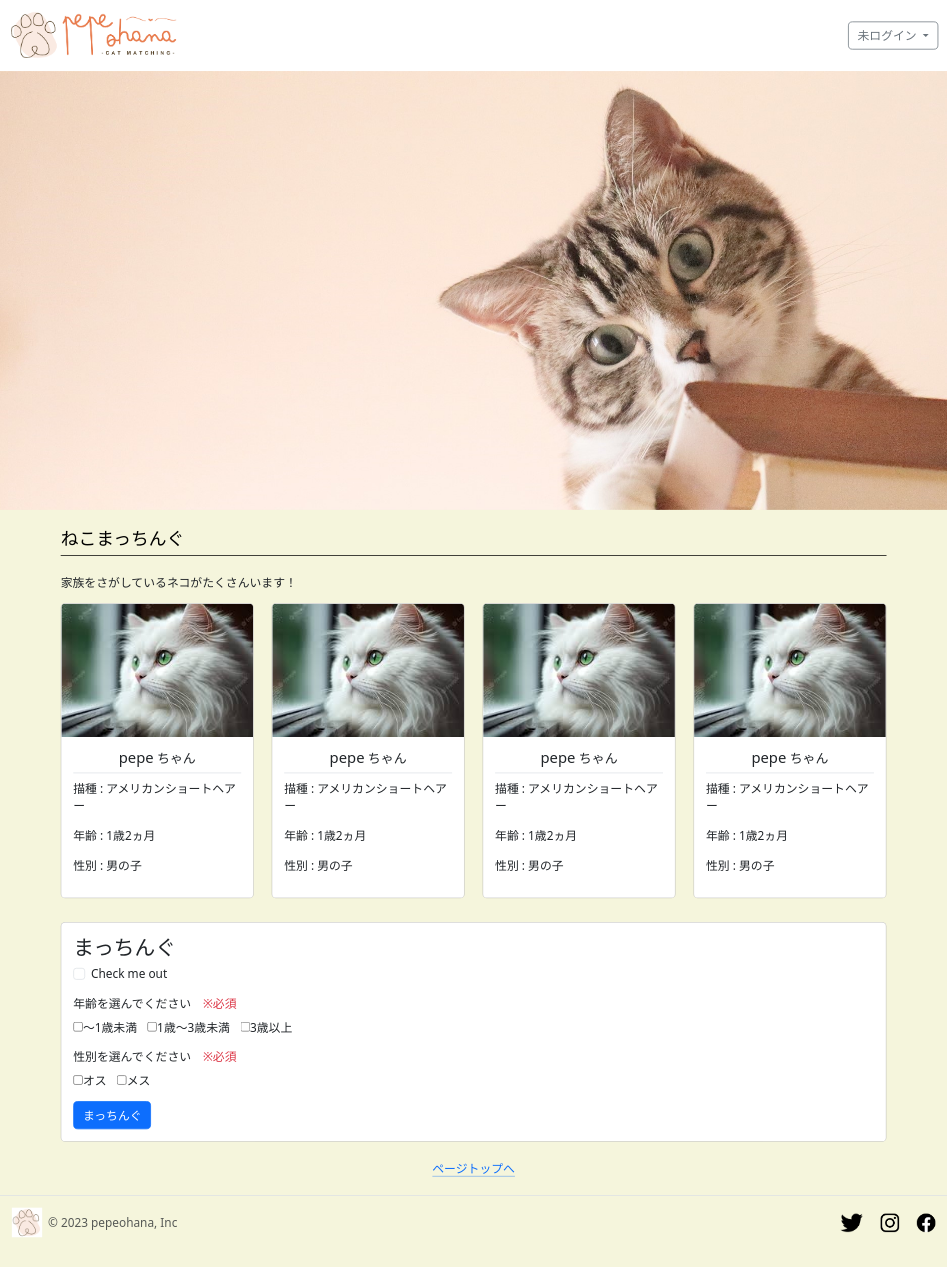
Repository: sakuwell/pepe
Page: http://localhost/PepeOhana/
These files come from the project's save history. The page is drawn as it stood at one moment and after the next save; the edit follows.
The browser window is 1280 px wide. The pictures show the whole page, at 74% of full size.
The page is served by Tomcat 9. Other server files are loaded and not shown.

Above is the page before, as saved 2023-09-06 06:05:17.

### ExWorkSpace/PepeOhana/src/main/webapp/index.jsp
<%@ page language="java" contentType="text/html; charset=UTF-8"
    pageEncoding="UTF-8"%>
<%@ page import="model.UsersInfoDto" %>

<!DOCTYPE html>
<html lang="ja">
<head>
    <meta charset="UTF-8">
    <meta name="viewport" content="width=device-width, initial-scale=1.0">
    <!-- Bootstrap CSS -->
    <link href="https://cdn.jsdelivr.net/npm/bootstrap@5.3.0/dist/css/bootstrap.min.css" rel="stylesheet" integrity="sha384-9ndCyUaIbzAi2FUVXJi0CjmCapSmO7SnpJef0486qhLnuZ2cdeRhO02iuK6FUUVM" crossorigin="anonymous">
    <script src="https://cdn.jsdelivr.net/npm/bootstrap@5.3.0/dist/js/bootstrap.bundle.min.js" integrity="sha384-geWF76RCwLtnZ8qwWowPQNguL3RmwHVBC9FhGdlKrxdiJJigb/j/68SIy3Te4Bkz" crossorigin="anonymous"></script>
    <title>Top | pepeohana</title>
</head>

<%
    // セッションを取得
	UsersInfoDto userInfoOnSession = (UsersInfoDto)session.getAttribute("LOGIN_INFO");
	boolean isLoggedIn = false;
	String userName = "";
	//HttpSession mysession = request.getSession(true);

    // セッションが存在し、username属性もセットされている場合はログイン済み
    if (userInfoOnSession != null) {
		userName = userInfoOnSession.getUserName();
        isLoggedIn = true;
    }
%>

<body  style="background-color:beige;">
	<% if (isLoggedIn) { %>
    <!-- ログイン済ヘッダー -->
    <nav class="navbar navbar-expand-lg navbar-light bg-white">
        <div class="container-fluid">
            <a class="navbar-brand" href="index.jsp">
                <img src="images/pepe_ohana_logo.png" alt="ページロゴ" width="auto" height="70">
            </a>
            <div class="btn-group">
                <button type="button" class="btn btn-secondary dropdown-toggle" data-bs-toggle="dropdown" aria-expanded="false">
                    userName
                </button>
                <ul class="dropdown-menu dropdown-menu-end">
                    <li><a class="dropdown-item" href="<%=request.getContextPath()%>/ExeMyPage">マイページ</a></li>
                    <li><a class="dropdown-item" href="<%=request.getContextPath()%>/ExeLogout">ログアウト</a></li>
                </ul>
            </div>
        </div>
    </nav>
    <!-- ログイン済ヘッダーここまで -->
    <% } else { %>
    <!-- 未ログインヘッダー -->
    <nav class="navbar navbar-expand-lg navbar-light bg-white">
    	<div class="container-fluid">
        	<a class="navbar-brand" href="index.jsp">
          		<img src="images/pepe_ohana_logo.png" alt="ページロゴ" width="auto" height="70">
          	</a>
         	<div class="btn-group">
            	<button type="button" class="btn btn-outline-secondary dropdown-toggle" data-bs-toggle="dropdown" aria-expanded="false">
             		 未ログイン
            	</button>
            	<ul class="dropdown-menu dropdown-menu-end">
              		<li><a class="dropdown-item" href="jsp/Login.jsp">ログイン</a></li>
              		<li><a class="dropdown-item" href="jsp/registUser.jsp">新規ユーザー登録</a></li>
            	</ul>
          	</div>
        </div>
    </nav>
    <!-- 未ログインヘッダーここまで -->
    <% } %>


    <!-- ヒーロー画像 -->
    <img class="img-fluid mb-4" src="images/hero_index.jpg"  alt="index画像" style="max-height:600px; width:100%; object-fit: cover;">

    <!-- ここから下　ページごとの内容 -->
    <div class="container">
        <div class="h4 pb-2 mb-4 text-black border-bottom border-black">
            ねこまっちんぐ
        </div>
            <p>家族をさがしているネコがたくさんいます！</p>
        <!-- 猫カードエリア -->
        <div class="row">
           <!-- カードのコンテンツ1 -->
           <div class="col-6 col-md-4 col-lg-3">
                <div class="card mb-3">
                	<img src="images/cat_2.jpg" style="height:180px; width: 100%; object-fit: cover;" class="card-img-top" alt="猫画像">
                    <div class="card-body">
                        <h5 class="card-title text-center border-bottom pb-2">pepe<small> ちゃん</small></h5>
                        <p class="card-text text-right">描種 : アメリカンショートヘアー</p>
                        <p class="card-text text-right">年齢 : 1歳2ヵ月</p>
                        <p class="card-text text-right">性別 : 男の子</p>
                        <div class="d-flex justify-content-center">
                            <a href="#" class="stretched-link"></a>
                        </div>
                    </div>
                </div>
            </div>
           <!-- カードのコンテンツ2 -->
           <div class="col-6 col-md-4 col-lg-3">
                <div class="card mb-3">
                	<img src="images/cat_2.jpg" style="height:180px; width: 100%; object-fit: cover;" class="card-img-top" alt="猫画像">
                    <div class="card-body">
                        <h5 class="card-title text-center border-bottom pb-2">pepe<small> ちゃん</small></h5>
                        <p class="card-text text-right">描種 : アメリカンショートヘアー</p>
                        <p class="card-text text-right">年齢 : 1歳2ヵ月</p>
                        <p class="card-text text-right">性別 : 男の子</p>
                        <div class="d-flex justify-content-center">
                            <a href="#" class="stretched-link"></a>
                        </div>
                    </div>
                </div>
            </div>
           <!-- カードのコンテンツ3 -->
           <div class="col-6 col-md-4 col-lg-3">
                <div class="card mb-3">
                	<img src="images/cat_2.jpg" style="height:180px; width: 100%; object-fit: cover;" class="card-img-top" alt="猫画像">
                    <div class="card-body">
                        <h5 class="card-title text-center border-bottom pb-2">pepe<small> ちゃん</small></h5>
                        <p class="card-text text-right">描種 : アメリカンショートヘアー</p>
                        <p class="card-text text-right">年齢 : 1歳2ヵ月</p>
                        <p class="card-text text-right">性別 : 男の子</p>
                        <div class="d-flex justify-content-center">
                            <a href="#" class="stretched-link"></a>
                        </div>
                    </div>
                </div>
            </div>
           <!-- カードのコンテンツ4 -->
           <div class="col-6 col-md-4 col-lg-3">
                <div class="card mb-3">
                	<img src="images/cat_2.jpg" style="height:180px; width: 100%; object-fit: cover;" class="card-img-top" alt="猫画像">
                     <div class="card-body">
                         <h5 class="card-title text-center border-bottom pb-2">pepe<small> ちゃん</small></h5>
                         <p class="card-text text-right">描種 : アメリカンショートヘアー</p>
                         <p class="card-text text-right">年齢 : 1歳2ヵ月</p>
                         <p class="card-text text-right">性別 : 男の子</p>
                         <div class="d-flex justify-content-center">
                             <a href="#" class="stretched-link"></a>
                         </div>
                     </div>
                 </div>
            </div>
		</div>

        <!-- 検索フォームエリア -->
        <div class="card mt-3 p-3">
         	<form action="#">
         		<h3>まっちんぐ</h3>
				<div class="mb-3 form-check">
					<input type="checkbox" class="form-check-input" id="exampleCheck1">
	 				<label class="form-check-label" for="exampleCheck1">Check me out</label>
				</div>
				<div class="mb-3">
					<label for="exampleInputEmail1" class="form-label">年齢を選んでください<span class="text-danger">　※必須</span></label><br>
				    <input type="checkbox" name="GENDER" id="GENDER" value="1">～1歳未満
				    <input type="checkbox" name="GENDER" id="GENDER" value="2" style="margin-left: 10px;">1歳～3歳未満
				    <input type="checkbox" name="GENDER" id="GENDER" value="2" style="margin-left: 10px;">3歳以上
				</div>
				<div class="mb-3">
					<label for="exampleInputEmail1" class="form-label">性別を選んでください<span class="text-danger">　※必須</span></label><br>
				    <input type="checkbox" name="GENDER" id="GENDER" value="1">オス
				    <input type="checkbox" name="GENDER" id="GENDER" value="2" style="margin-left: 10px;">メス
				</div>
				<button type="submit" class="btn btn-primary">まっちんぐ</button>
			</form>
		</div>

	</div>
    <!-- ここまで　ページごとの内容 -->

    <!-- フッター -->
    <div class="text-center mt-4">
        <a class="icon-link icon-link-hover" href="#">
            ページトップへ
        </a>
	</div>
	<footer class="d-flex flex-wrap justify-content-between align-items-center py-3 my-4 border-top">
    	<div class="col-md-4 d-flex align-items-center ms-3">
        	<a href="index.jsp" class="mb-3 me-2 mb-md-0"><img alt="ロゴ画像" src="images/nikukyu_logo.png" width="auto" height="40"></a>
          	<span class="mb-3 mb-md-0 text-body-secondary">© 2023 pepeohana, Inc</span>
        </div>
        <ul class="nav col-md-4 justify-content-end list-unstyled d-flex me-3">
            <li><a href="#"><img src=images/twitter_logo.png width="auto" height="25"></a></li>
            <li class="ms-4"><a href="#"><img src=images/insta_logo.png width="auto" height="25"></a></li>
            <li class="ms-4"><a href="#"><img src=images/facebook_logo.png width="auto" height="25"></a></li>
        </ul>
	</footer>
    <!-- フッター　ここまで -->

</body>
</html>

After the next save:
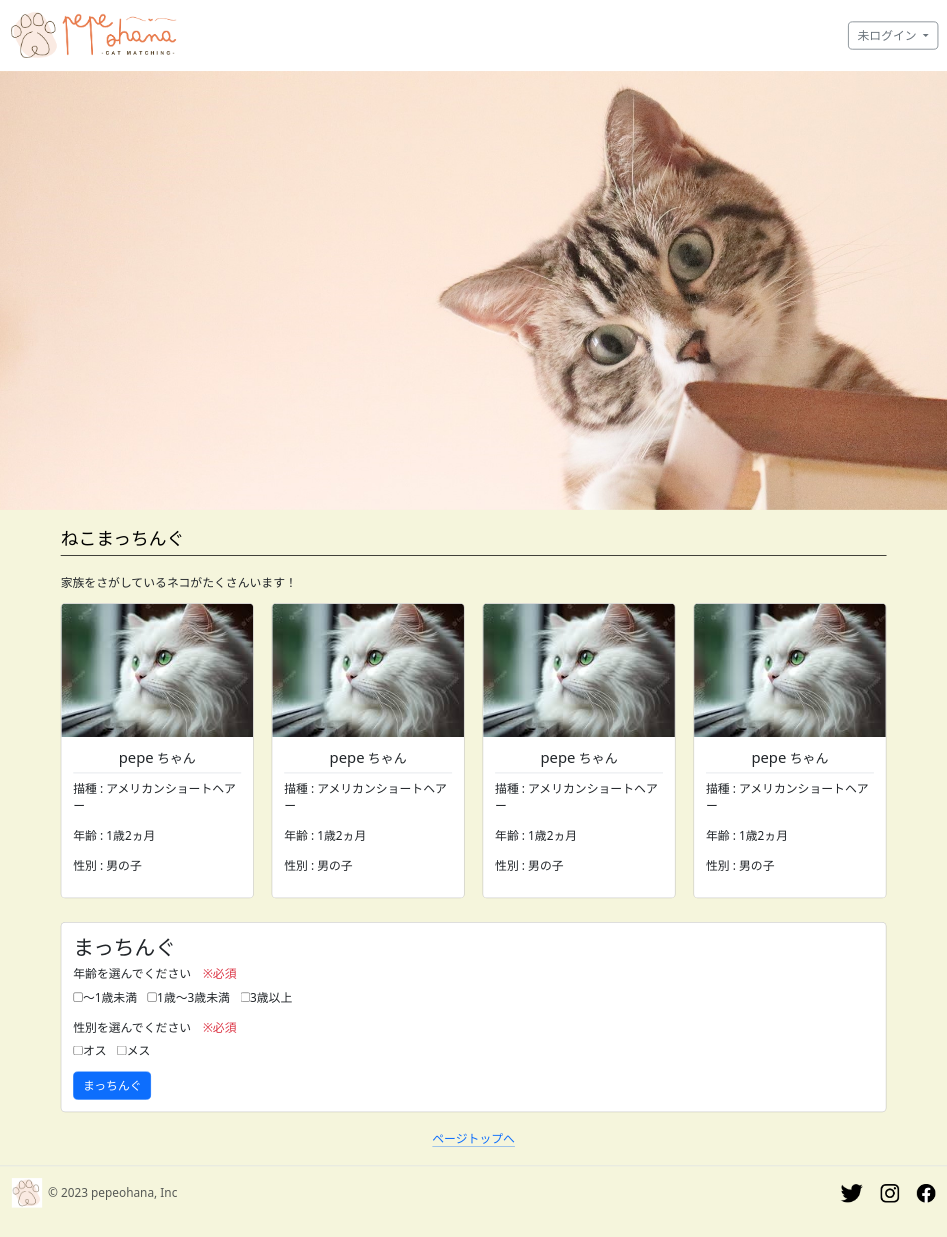
Saved 32 s later.
--- a/ExWorkSpace/PepeOhana/src/main/webapp/index.jsp
+++ b/ExWorkSpace/PepeOhana/src/main/webapp/index.jsp
@@ -146,10 +146,6 @@
         <div class="card mt-3 p-3">
          	<form action="#">
          		<h3>まっちんぐ</h3>
-				<div class="mb-3 form-check">
-					<input type="checkbox" class="form-check-input" id="exampleCheck1">
-	 				<label class="form-check-label" for="exampleCheck1">Check me out</label>
-				</div>
 				<div class="mb-3">
 					<label for="exampleInputEmail1" class="form-label">年齢を選んでください<span class="text-danger">　※必須</span></label><br>
 				    <input type="checkbox" name="GENDER" id="GENDER" value="1">～1歳未満
